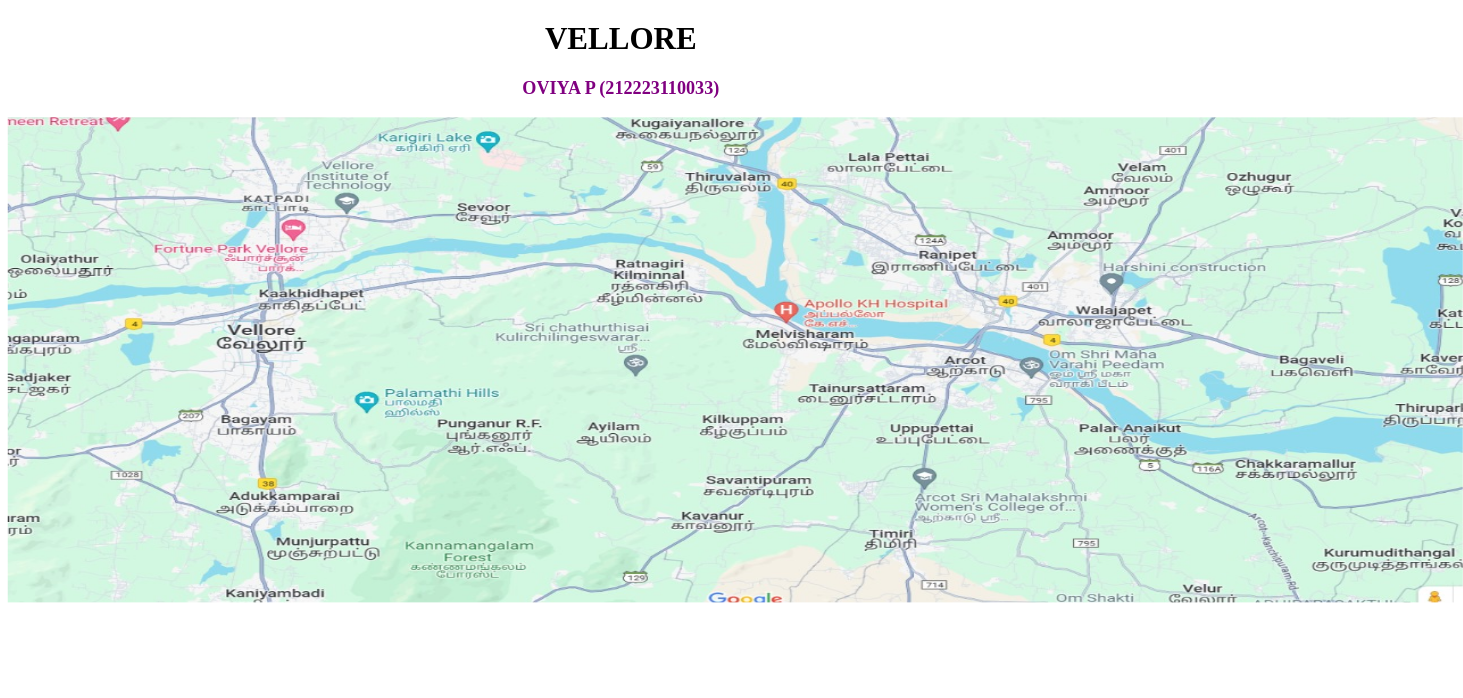
Repository: Oviya24032K6/NearMe
Page: ovi/surveyapp/static/map.html
An editor plug-in stored every save of this project. The page is shown before and after the next save, followed by the edit.
The browser window is 1280 px wide. The page is 1508 px wide, so the pictures cover 1508 px, including what lies to the right of the window. The pictures show the whole page, at 97% of full size.

Above is the page before, as saved 2024-03-25 22:17:01.

After the next save:
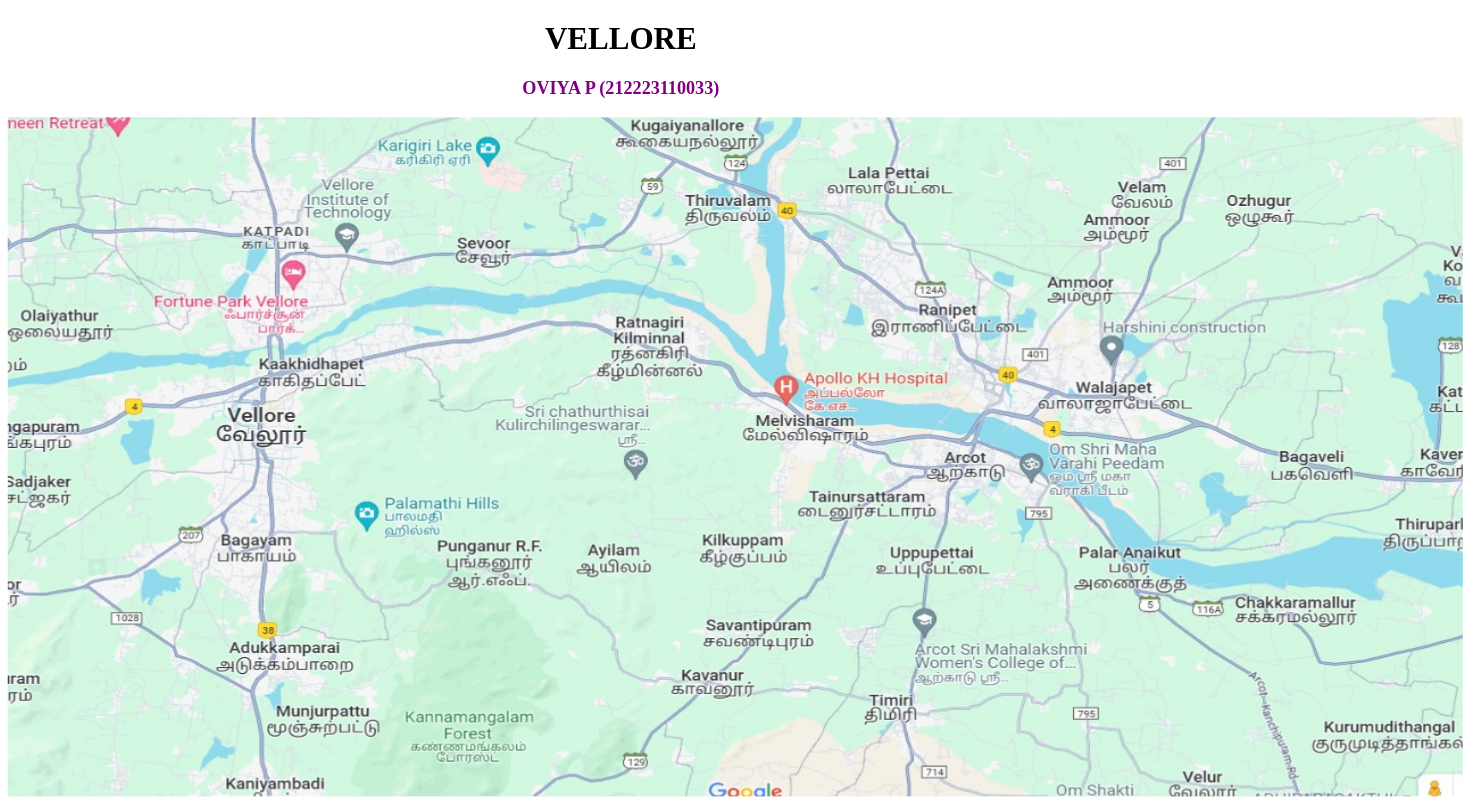
Saved 9 s later.
--- a/ovi/surveyapp/static/map.html
+++ b/ovi/surveyapp/static/map.html
@@ -12,7 +12,7 @@
         <font color="purple"><b> OVIYA P (212223110033)</b></font>
     </h3>
     <!-- Image Map Generated by c:\Users\poviy\Music\map1.jpg-->
-    <img src="destination.jpg" height="500" width="1500" usemap="#image-map">
+    <img src="destination.jpg" height="700" width="1500" usemap="#image-map">
     <map name="image-map">
         <area target="_blank" alt="VIT UNIVERSITY" title="VIT UNIVERSITY" href="VIT UNIVERSITY.html" coords="1204,937,950,805" shape="rect">
         <area target="_blank" alt="VELLORE FORT" title="VELLORE FORT" href="VELLORE FORT.html" coords="1637,383,1364,255" shape="rect">
